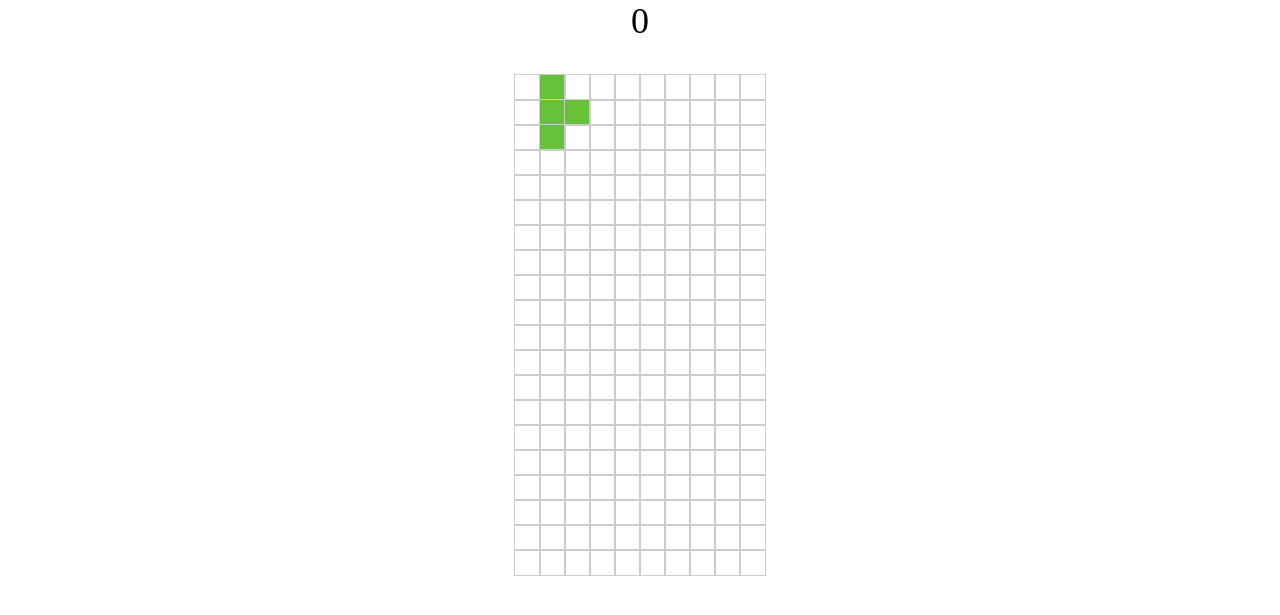
Repository: chlwpdnswku/tetris
Page: index.html
These files come from the project's save history. The page is drawn as it stood at one moment and after the next save; the edit follows.
The browser window is 1280 px wide. The pictures show the whole page.

Above is the page before, as saved 2022-12-12 02:32:07.

After the next save:
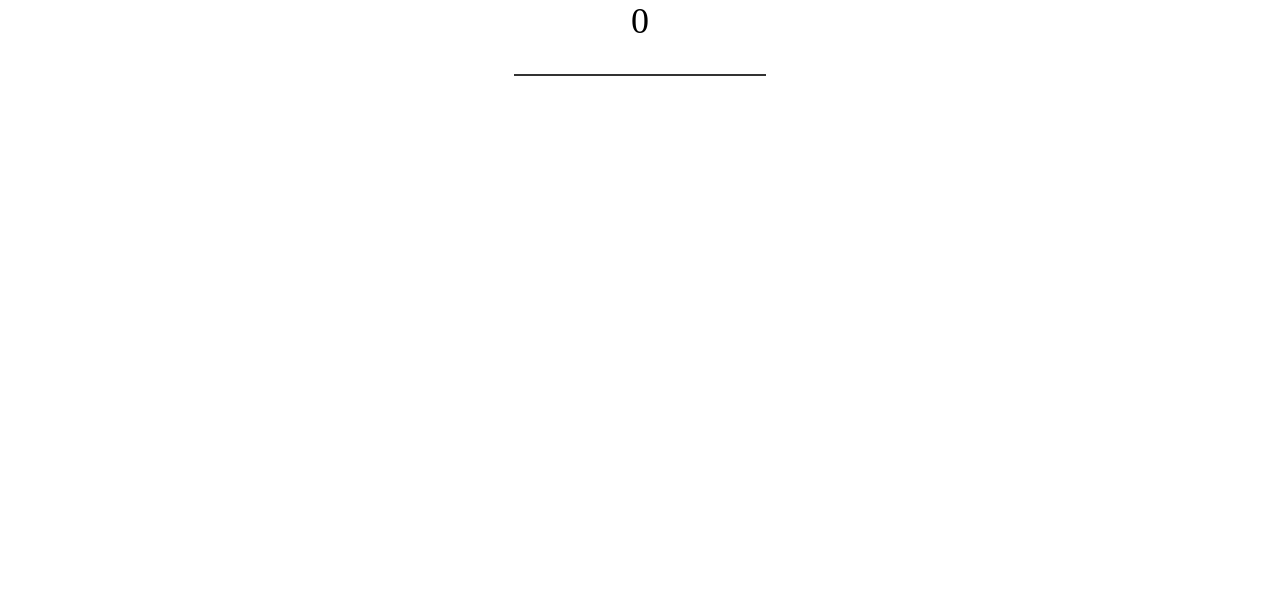
Console error: SyntaxError: Unexpected token ')'
Saved 7 s later.
--- a/script.js
+++ b/script.js
@@ -150,7 +150,7 @@
 
 function checkDirection() {
   tempMovingItem.direction += 1;
-  tempMovingItem.direction += 1;
+  if()
 }
 // 이벤트 핸들링 키를 움직이면 이벤트 객체가 생김 keyCode를 이용해서 각각의 함수를 실행을 시킬거임
 document.addEventListener('keydown', (e) => {

After the 3 saves that followed:
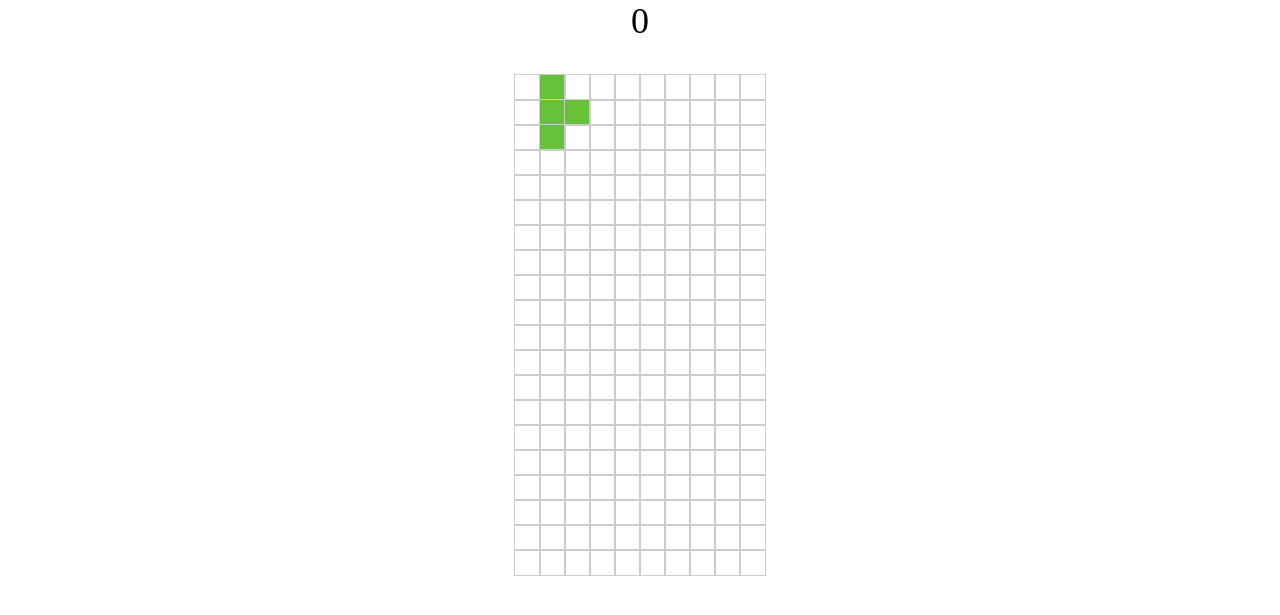
The error is gone.
The 3 saves are shown as one change because 1 left the picture as it was and some came seconds apart.
The last was saved 40 s later.
--- a/script.js
+++ b/script.js
@@ -149,8 +149,7 @@
 }
 
 function checkDirection() {
-  tempMovingItem.direction += 1;
-  if()
+  const direction = tempMovingItem.direction;
 }
 // 이벤트 핸들링 키를 움직이면 이벤트 객체가 생김 keyCode를 이용해서 각각의 함수를 실행을 시킬거임
 document.addEventListener('keydown', (e) => {
